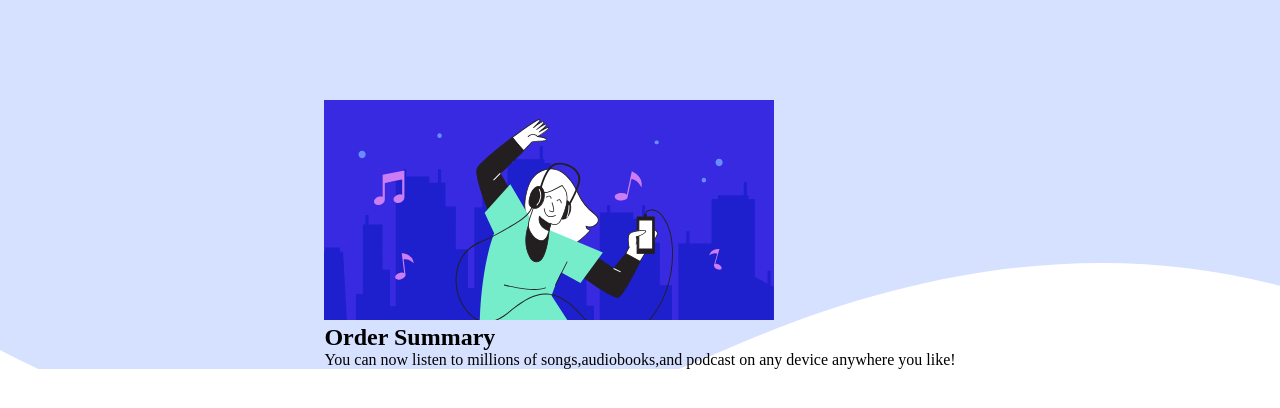
Repository: Eugene44-hub/newbie-project
Page: index.html
These files come from the project's save history. The page is drawn as it stood at one moment and after the next save; the edit follows.
The browser window is 1280 px wide. The pictures show the whole page.

Above is the page before, as saved 2021-08-29 02:07:50.

### index.html
<!DOCTYPE html>
<html lang="en">

<head>
    <link rel="stylesheet" href="style.css">
    <meta charset="UTF-8">
    <meta http-equiv="X-UA-Compatible" content="IE=edge">
    <meta name="viewport" content="width=device-width, initial-scale=1.0">
    <title>Document</title>
</head>

<body>
    <div class="container">

        <div class="card-container">
            <div class="card">
                <div class="favi">
                    <img src="illustration-hero.svg" alt="">
                    <div>
                        <h2>Order Summary</h2>
                        <p>You can now listen to millions of songs,audiobooks,and podcast on any device anywhere you like!</p>
                    </div>
                </div>
            </div>
        </div>

    </div>
</body>

</html>

### style.css
* {
    padding: 0;
    margin: 0;
}

.container {
    background-image: url('pattern-background-desktop.svg');
}

.card-container {
    display: flex;
    justify-content: center;
    align-content: center;
    padding-top: 100px;
}

After the next save:
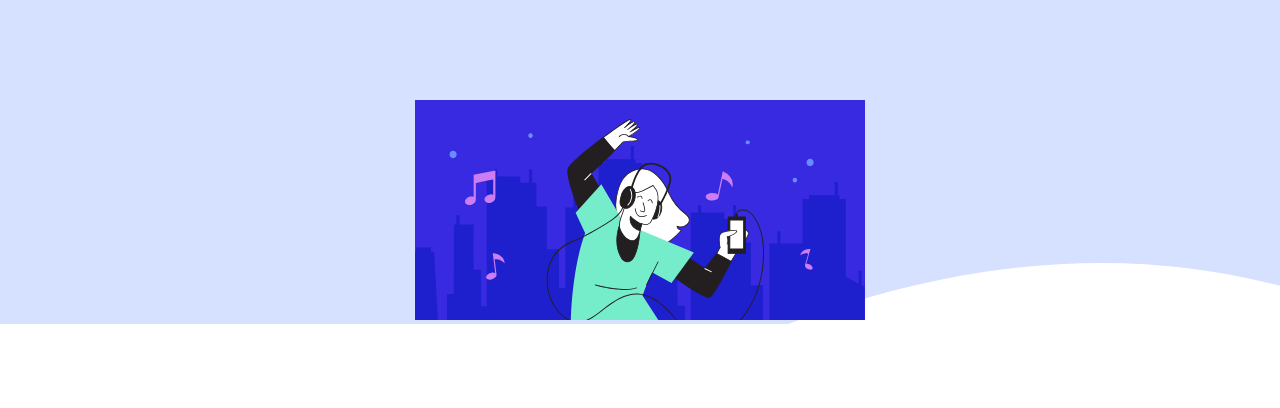
Saved 72 s later.
--- a/index.html
+++ b/index.html
@@ -17,8 +17,7 @@
                 <div class="favi">
                     <img src="illustration-hero.svg" alt="">
                     <div>
-                        <h2>Order Summary</h2>
-                        <p>You can now listen to millions of songs,audiobooks,and podcast on any device anywhere you like!</p>
+
                     </div>
                 </div>
             </div>

After the 2 saves that followed:
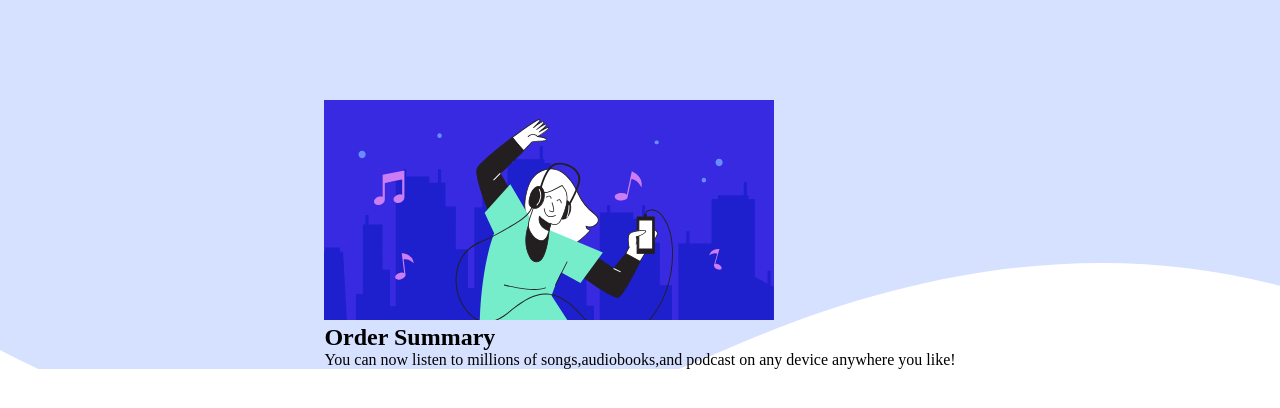
The 2 saves are shown as one change because 1 left the picture as it was.
The last was saved 28 s later.
--- a/index.html
+++ b/index.html
@@ -16,9 +16,8 @@
             <div class="card">
                 <div class="favi">
                     <img src="illustration-hero.svg" alt="">
-                    <div>
-
-                    </div>
+                    <h2>Order Summary</h2>
+                    <p>You can now listen to millions of songs,audiobooks,and podcast on any device anywhere you like!</p>
                 </div>
             </div>
         </div>
@@ -27,3 +26,5 @@
 </body>
 
 </html>
+
+</html>
